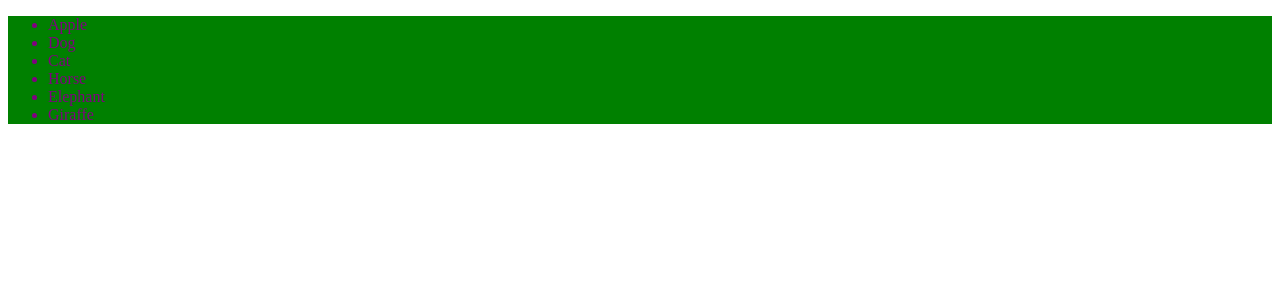
Repository: Junhee1412/front_end_practice
Page: jquery, bootstrap/js01_jquery/public/js04_selector.html
An editor plug-in stored every save of this project. The page is shown before and after the next save, followed by the edit.
The browser window is 1280 px wide. The pictures show the whole page.

Above is the page before, as saved 2022-11-14 08:53:58.

After the next save:
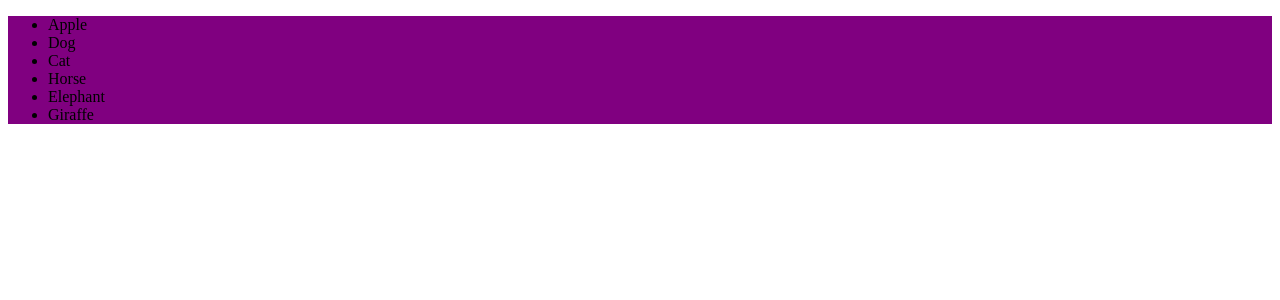
Saved 24 s later.
--- a/jquery, bootstrap/js01_jquery/public/js04_selector.html
+++ b/jquery, bootstrap/js01_jquery/public/js04_selector.html
@@ -11,7 +11,7 @@
 		$(function() {
 			/* $('*').css('color', 'red'); */ //우선순위때문에 먼저 적용됨.
 			$('body > *').css('background-color', 'green'); //자손
-			$('body *').css('color', 'purple'); //자손(blank)
+			$('body *').css('background-color', 'purple'); //자손(blank)
 		});
 	</script>
 </head>
